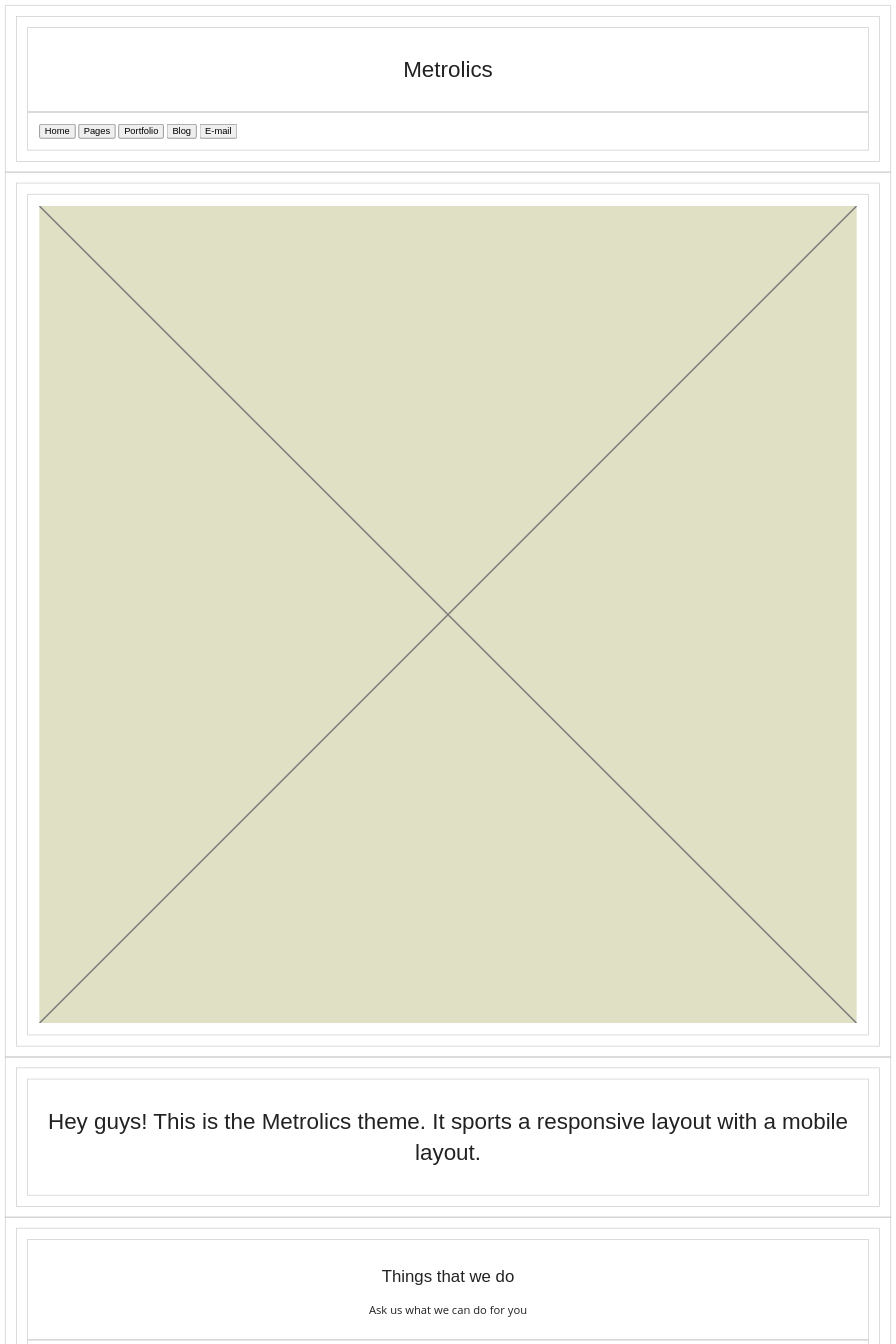
Repository: lpcmendoza/LAB02BF_Group9
Page: index.html
An editor plug-in stored every save of this project. The page is shown before and after the next save, followed by the edit.
The browser window is 1280 px wide. The pictures show the part of the page from y = 0 to 1920 px (the page is 14904 px tall before and 29865 px after), at 70% of full size.

Above is the page before, as saved 2024-02-11 22:15:47.

### index.html
<!doctype html>
<html class="no-js" lang="en">

<head>
  <meta charset="utf-8">
  <meta name="viewport" content="width=device-width, initial-scale=1">
  <title>Metrolics</title>
  <link rel="stylesheet" href="css/style.css">
  <meta name="description" content="Group Blog">

  <meta property="og:title" content="Metrolics">
  <meta property="og:type" content="website">
  <meta property="og:url" content="">
  <meta property="og:image" content="">

  <link rel="icon" href="/favicon.ico" sizes="any">
  <link rel="icon" href="/icon.svg" type="image/svg+xml">
  <link rel="apple-touch-icon" href="icon.png">

  <link rel="manifest" href="site.webmanifest">
  <meta name="theme-color" content="#fafafa">
</head>

<body>

  <header class="page-header page-header-home">
    <div class="inner-container">
      <div class="content-container">
        <h1>Metrolics</h1>
      </div>
      <div class="content-container">
        <button class="navigation-button">Home</button>
        <button class="navigation-button">Pages</button>
        <button class="navigation-button">Portfolio</button>
        <button class="navigation-button">Blog</button>
        <button class="navigation-button">E-mail</button>
      </div>
    </div>
  </header>

  <div class="section section-image">
    <div class="inner-container">
      <div class="content-container">
        <img src="img/placeholder.svg" alt="placeholder image">
      </div>
    </div>
  </div>

  <div class="section section-title">
    <div class="inner-container">
      <div class="content-container">
        <h1>Hey guys! This is the Metrolics theme. It sports a responsive layout with a mobile layout.</h1>
      </div>
    </div>
  </div>

  <div class="section section-ourthings">
    <div class="inner-container">
      <div class="what-we-do-container-header">
        <h2>Things that we do</h2>
        <p>Ask us what we can do for you</p>
      </div>
      <div class="what-we-do-content">
        <div class="what-we-do-container-body">
          <img class="icons" src="img/icon-web-solutions.png" alt="Web Solutions Icon">
          <h3>Web Solutions</h3>
          <p>We are a fairly small, flexible design studio that designs for print and web. We work flexibly with clients to fulfil their design needs. Whether you need to create a brand from scratch, including marketing materials.</p>
        </div>
        <div class="what-we-do-container-body">
          <img class="icons" src="img/icon-photography.png" alt="Photography Icon">
          <h3>Photography</h3>
          <p>We are a fairly small, flexible design studio that designs for print and web. We work flexibly with clients to fulfil their design needs. Whether you need to create a brand from scratch, including marketing materials.</p>
        </div>
        <div class="what-we-do-container-body">
          <img class="icons" src="img/icon-web-development.png" alt="Web Development Icon">
          <h3>Web Development</h3>
          <p>We are a fairly small, flexible design studio that designs for print and web. We work flexibly with clients to fulfil their design needs. Whether you need to create a brand from scratch, including marketing materials.</p>
        </div>
        <div class="what-we-do-container-body">
          <img class="icons" src="img/icon-web-design.png" alt="Web Design Icon">
          <h3>Web Design</h3>
          <p>We are a fairly small, flexible design studio that designs for print and web. We work flexibly with clients to fulfil their design needs. Whether you need to create a brand from scratch, including marketing materials.</p>
        </div>
      </div>
    </div>
  </div>

  <div class="section section-news">
    <div class="inner-container">
      <div class="content-container">
        <h2>What's up lately?</h2>
      </div>
      <div class="content-container">
        <img src="img/placeholder.svg" alt="placeholder image">
      </div>
      <div class="content-container">
        <img src="img/placeholder.svg" alt="placeholder image">
      </div>
      <div class="content-container">
        <img src="img/placeholder.svg" alt="placeholder image">
      </div>
    </div>
  </div>

  <div class="section section-projects">
    <div class="inner-container">
      <div class="content-container">
        <h2>Our latest projects</h2>
      </div>
      <div class="content-container">
        <img src="img/placeholder.svg" alt="placeholder image">
      </div>
      <div class="content-container">
        <img src="img/placeholder.svg" alt="placeholder image">
      </div>
      <div class="content-container">
        <img src="img/placeholder.svg" alt="placeholder image">
      </div>
      <div class="content-container">
        <img src="img/placeholder.svg" alt="placeholder image">
      </div>
      <div class="content-container">
        <img src="img/placeholder.svg" alt="placeholder image">
      </div>
      <div class="content-container">
        <img src="img/placeholder.svg" alt="placeholder image">
      </div>
    </div>
  </div>

  <div class="section section-things">
    <div class="inner-container">
      <div class="content-container">
        <h2>Things of above</h2>
      </div>
      <div class="content-container">
        <p>content</p>
      </div>
      <div class="content-container">
        <p>content</p>
      </div>
    </div>
  </div>

  <div class="section section-clients">
    <div class="inner-container">
      <div class="content-container">
        <p>client</p>
      </div>
      <div class="content-container">
        <p>client</p>
      </div>
      <div class="content-container">
        <p>client</p>
      </div>
      <div class="content-container">
        <p>client</p>
      </div>
      <div class="content-container">
        <p>client</p>
      </div>
    </div>
  </div>

  <footer>
    <div class="page-footer page-footer-home">
      <div class="inner-container">
        <div class="content-container">
          <h2>footer</h2>
        </div>
        <div class="content-container">
          <p>content</p>
        </div>
        <div class="content-container">
          <p>content</p>
        </div>
        <div class="content-container">
          <p>content</p>
        </div>
        <div class="content-container">
          <p>content</p>
        </div>
      </div>
    </div>
  </footer>

  <script src="js/app.js"></script>

</body>

</html>

### css/style.css
/* ==========================================================================
    [Table of contents]

    1. BASE
        1.1 Page Rendering Defaults
        1.2 Core Styling
        1.3 Typography
    2. LAYOUT
        2.1 Core Layout
        2.2 Small only
        2.3 medium and up
        2.4 Medium only
        2.5 large screens and up
        2.6 Large only
    3. MODULES
    4. STATES
    5. THEME
    6. UTILITY classes
    7. PRINT

    refer to http://smacss.com/
    ========================================================================== */


/* ==========================================================================
   BASE
   ========================================================================== */


/* 1.1 Page Rendering Defaults */

html {
  color: #222;
  font-size: 1em;
  line-height: 1.4;
}

/*
* Remove text-shadow in selection highlight:
* https://twitter.com/miketaylr/status/12228805301
*
* Customize the background color to match your design.
*/

::-moz-selection {
background: #b3d4fc;
text-shadow: none;
}

::selection {
background: #b3d4fc;
text-shadow: none;
}

/*
* A better looking default horizontal rule
*/

hr {
display: block;
height: 1px;
border: 0;
border-top: 1px solid #ccc;
margin: 1em 0;
padding: 0;
}

/*
* Remove the gap between audio, canvas, iframes,
* images, videos and the bottom of their containers:
* https://github.com/h5bp/html5-boilerplate/issues/440
*/

audio,
canvas,
iframe,
img,
svg,
video {
vertical-align: middle;
}

/*
* Remove default fieldset styles.
*/

fieldset {
border: 0;
margin: 0;
padding: 0;
}

/*
* Allow only vertical resizing of textareas.
*/

textarea {
resize: vertical;
}

/* 1.2 Core Styling */

/* refer to https://css-tricks.com/box-sizing/ */
*,
*:before,
*:after {
  box-sizing: border-box;
}

img {
  width: 100%;
}


/* 1.3 Typgraphy */

h1,
h2,
h3,
h4,
h5,
h6 {
  font-family: Ubuntu, sans-serif;
  font-weight: 300;
  text-align: center;
}

p {
  font-family: 'Open Sans', Arial, Helvetica, sans-serif;
}


/* ==========================================================================
 2. LAYOUT
 ========================================================================== */


/* Helper to display empty layout containers*/

div,
main,
section,
footer,
header {
  outline: 1px solid #ccc;
  min-height: 1rem;
  padding: 1rem;
}


/* 2.1 Core layout */

.row {
  display: grid;
  row-gap: 1rem;
}

.col {
  position: relative;
  background-color: rgb(242, 230, 177);
}


/* ==========================================================================
 EXAMPLE Media Queries for Responsive Design.
 These examples override the primary ('mobile first') styles.
 Modify as content requires.
 Taken from https://get.foundation/sites/docs-v5/media-queries.html
 (the latest version is adjusted and no longer matches the ones used below)
 ========================================================================== */


/* 2.2 Small only */

@media screen and (max-width: 39.9375em) {
  .s-hide {
      display: none;
  }

  .what-we-do-container-header {
    align-content: center;
    text-align: center;
  }

  .icons {
      max-width: 5em;
      max-height: 5em;
      float: left;
      margin-right: 1em;
  }

  h3 {
      text-align: left;
      margin: 0;
      font-weight: bold;
  }

  .what-we-do-container-body {
      text-align: left;
  }

  .what-we-do-container-body p {
    margin-left: 6em;
}
}


/* 2.3 medium and up */

@media screen and (min-width: 40em) {
  .row {
      max-width: 70rem;
      column-gap: 1.5rem;
      row-gap: 1.5rem;
      margin: 0 auto;
  }
  .grid {
      display: grid;
      column-gap: 0.5rem;
      row-gap: 0.5rem;
  }
  .m-col-2 {
      grid-template-columns: 1fr 1fr;
  }
  .m-col-3 {
      grid-template-columns: repeat(3, 1fr);
  }
  .m-col-4 {
      grid-template-columns: repeat(4, 1fr);
  }
  .m-col-5 {
      grid-template-columns: repeat(5, 1fr);
  }
  .m-1-2 {
      grid-template-columns: 1fr 2fr;
  }

  .what-we-do-content {
    display: grid;
    grid-template-columns: 1fr 1fr;
    grid-gap: 1rem;
  }

  .icons {
    max-width: 10em;
    max-height: 10em;
    display: block;
    margin-left: auto;
    margin-right: auto;
    width: 50%;
}

  .what-we-do-container-header {
    align-content: center;
    text-align: center;
  }


  .what-we-do-container-body p {
    text-align: center;
  }

  .what-we-do-container-body h3 {
    text-align: center;
    font-weight: bold;
  }

}


/* 2.4 Medium only */

@media screen and (min-width: 40em) and (max-width: 63.9375em) {
  .m-row-span {
      grid-column-start: 1;
      grid-column-end: -1;
  }
  .m-hide {
      display: none;
  }
}


/* 2.5 large screens and up 2.6 Large only */

@media screen and (min-width: 64em) {
  .l-col-2 {
      grid-template-columns: 1fr 1fr;
  }
  .l-col-3 {
      grid-template-columns: repeat(3, 1fr);
  }
  .l-col-4 {
      grid-template-columns: repeat(4, 1fr);
  }
  .l-col-5 {
      grid-template-columns: repeat(5, 1fr);
  }
  .l-col-6 {
      grid-template-columns: repeat(6, 1fr);
  }
  .l-row-span {
      grid-column-start: 1;
      grid-column-end: -1;
  }
  .l-hide {
      display: none;
  }


  .what-we-do-content {
    display: grid;
    grid-template-columns: 1fr 1fr 1fr 1fr;
    grid-gap: 1rem;
  }

  .icons {
    max-width: 10em;
    max-height: 10em;
    display: block;
    margin-left: auto;
    margin-right: auto;
    width: 50%;
}

  .what-we-do-container-header {
    align-content: center;
    text-align: center;
  }


  .what-we-do-container-body p {
    text-align: center;
  }

  .what-we-do-container-body h3 {
    text-align: center;
    font-weight: bold;
  }

}


/* ==========================================================================
 2. MODULES
 ========================================================================== */


/* ==========================================================================
 2. STATES
 ========================================================================== */


/* ==========================================================================
 2. THEME
 ========================================================================== */


/* ==========================================================================
 6. UTILITY classes
 ========================================================================== */
/*
* Hide visually and from screen readers
*/

.hidden,
[hidden] {
display: none !important;
}

/*
* Hide only visually, but have it available for screen readers:
* https://snook.ca/archives/html_and_css/hiding-content-for-accessibility
*
* 1. For long content, line feeds are not interpreted as spaces and small width
*    causes content to wrap 1 word per line:
*    https://medium.com/@jessebeach/beware-smushed-off-screen-accessible-text-5952a4c2cbfe
*/

.visually-hidden {
border: 0;
clip: rect(0, 0, 0, 0);
height: 1px;
margin: -1px;
overflow: hidden;
padding: 0;
position: absolute;
white-space: nowrap;
width: 1px;
/* 1 */
}

/*
* Extends the .visually-hidden class to allow the element
* to be focusable when navigated to via the keyboard:
* https://www.drupal.org/node/897638
*/

.visually-hidden.focusable:active,
.visually-hidden.focusable:focus {
clip: auto;
height: auto;
margin: 0;
overflow: visible;
position: static;
white-space: inherit;
width: auto;
}

/*
* Hide visually and from screen readers, but maintain layout
*/

.invisible {
visibility: hidden;
}

/*
* Clearfix: contain floats
*
* The use of `table` rather than `block` is only necessary if using
* `::before` to contain the top-margins of child elements.
*/

.clearfix::before,
.clearfix::after {
content: "";
display: table;
}

.clearfix::after {
clear: both;
}

@media print,
(-webkit-min-device-pixel-ratio: 1.25),
(min-resolution: 1.25dppx),
(min-resolution: 120dpi) {
/* Style adjustments for high resolution devices */
}

/* ==========================================================================
 Print styles.
 Inlined to avoid the additional HTTP request:
 https://www.phpied.com/delay-loading-your-print-css/
 ========================================================================== */

@media print {
*,
*::before,
*::after {
  background: #fff !important;
  color: #000 !important;
  /* Black prints faster */
  box-shadow: none !important;
  text-shadow: none !important;
}

a,
a:visited {
  text-decoration: underline;
}

a[href]::after {
  content: " (" attr(href) ")";
}

abbr[title]::after {
  content: " (" attr(title) ")";
}

/*
 * Don't show links that are fragment identifiers,
 * or use the `javascript:` pseudo protocol
 */
a[href^="#"]::after,
a[href^="javascript:"]::after {
  content: "";
}

pre {
  white-space: pre-wrap !important;
}

pre,
blockquote {
  border: 1px solid #999;
  page-break-inside: avoid;
}

tr,
img {
  page-break-inside: avoid;
}

p,
h2,
h3 {
  orphans: 3;
  widows: 3;
}

h2,
h3 {
  page-break-after: avoid;
}
}

Loaded but not shown: js/app.js (no stored copy; drawn as an empty file)

After the next save:
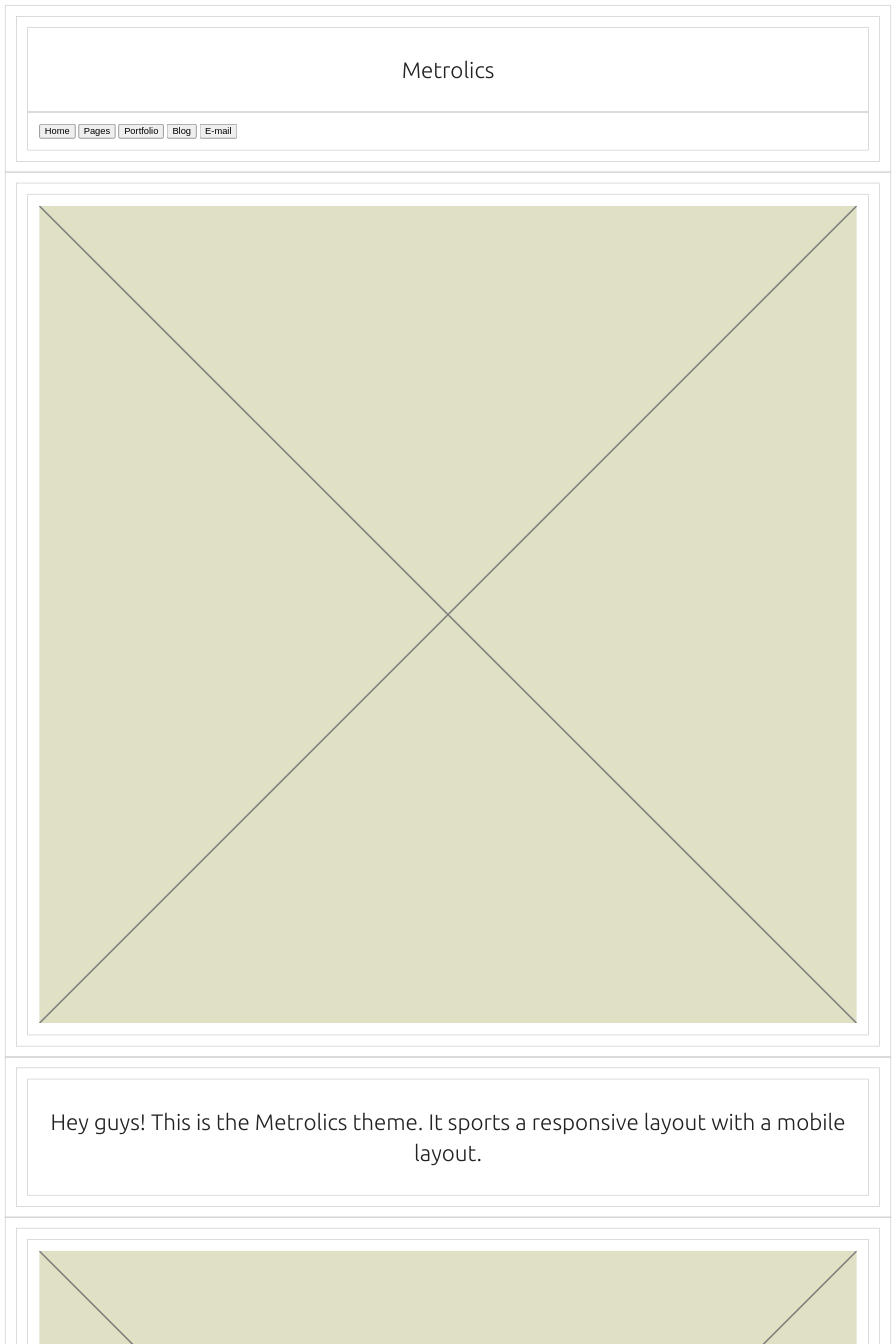
Saved 14 min 58 s later.
--- a/index.html
+++ b/index.html
@@ -16,6 +16,12 @@
   <link rel="icon" href="/favicon.ico" sizes="any">
   <link rel="icon" href="/icon.svg" type="image/svg+xml">
   <link rel="apple-touch-icon" href="icon.png">
+  <link rel="preconnect" href="https://fonts.googleapis.com">
+  <link rel="preconnect" href="https://fonts.gstatic.com" crossorigin>
+  <link href="https://fonts.googleapis.com/css2?family=Ubuntu:ital,wght@0,300;0,400;0,500;1,300&display=swap" rel="stylesheet">
+  <link rel="preconnect" href="https://fonts.googleapis.com">
+  <link rel="preconnect" href="https://fonts.gstatic.com" crossorigin>
+  <link href="https://fonts.googleapis.com/css2?family=Open+Sans:wght@400;700&display=swap" rel="stylesheet">
 
   <link rel="manifest" href="site.webmanifest">
   <meta name="theme-color" content="#fafafa">
@@ -56,31 +62,25 @@
 
   <div class="section section-ourthings">
     <div class="inner-container">
-      <div class="what-we-do-container-header">
+      <div class="content-container">
+        <img src="img/placeholder.svg" alt="placeholder image">
         <h2>Things that we do</h2>
-        <p>Ask us what we can do for you</p>
-      </div>
-      <div class="what-we-do-content">
-        <div class="what-we-do-container-body">
-          <img class="icons" src="img/icon-web-solutions.png" alt="Web Solutions Icon">
-          <h3>Web Solutions</h3>
-          <p>We are a fairly small, flexible design studio that designs for print and web. We work flexibly with clients to fulfil their design needs. Whether you need to create a brand from scratch, including marketing materials.</p>
-        </div>
-        <div class="what-we-do-container-body">
-          <img class="icons" src="img/icon-photography.png" alt="Photography Icon">
-          <h3>Photography</h3>
-          <p>We are a fairly small, flexible design studio that designs for print and web. We work flexibly with clients to fulfil their design needs. Whether you need to create a brand from scratch, including marketing materials.</p>
-        </div>
-        <div class="what-we-do-container-body">
-          <img class="icons" src="img/icon-web-development.png" alt="Web Development Icon">
-          <h3>Web Development</h3>
-          <p>We are a fairly small, flexible design studio that designs for print and web. We work flexibly with clients to fulfil their design needs. Whether you need to create a brand from scratch, including marketing materials.</p>
-        </div>
-        <div class="what-we-do-container-body">
-          <img class="icons" src="img/icon-web-design.png" alt="Web Design Icon">
-          <h3>Web Design</h3>
-          <p>We are a fairly small, flexible design studio that designs for print and web. We work flexibly with clients to fulfil their design needs. Whether you need to create a brand from scratch, including marketing materials.</p>
-        </div>
+      </div>
+      <div class="content-container">
+        <img src="img/placeholder.svg" alt="placeholder image">
+        <h3>Web Solutions</h3>
+      </div>
+      <div class="content-container">
+        <img src="img/placeholder.svg" alt="placeholder image">
+        <h3>Photography</h3>
+      </div>
+      <div class="content-container">
+        <img src="img/placeholder.svg" alt="placeholder image">
+        <h3>Web Development</h3>
+      </div>
+      <div class="content-container">
+        <img src="img/placeholder.svg" alt="placeholder image">
+        <h3>Web Design</h3>
       </div>
     </div>
   </div>
@@ -162,30 +162,42 @@
     </div>
   </div>
 
-  <footer>
-    <div class="page-footer page-footer-home">
-      <div class="inner-container">
-        <div class="content-container">
-          <h2>footer</h2>
-        </div>
-        <div class="content-container">
-          <p>content</p>
-        </div>
-        <div class="content-container">
-          <p>content</p>
-        </div>
-        <div class="content-container">
-          <p>content</p>
-        </div>
-        <div class="content-container">
-          <p>content</p>
-        </div>
-      </div>
-    </div>
-  </footer>
-
   <script src="js/app.js"></script>
 
 </body>
+<footer>
+  <div class="page-footer page-footer-home">
+    <div class="inner-container">
+      <div class="content-container content-container-description">
+        <img src="/img/peewee.png" class="img-peewee">
+        <h2 class="description-header">Peewee Herman</h2>
+        <p class="description-text">Peewee has over 10 years experience in the industry. He is our Creative Director, digital designer, web designer and front-end developer. He is also pretty good with a sketchbook. Before starting the company Peewee worked as a designer and studio manager for a design house who boasted a number of big name clients.</p>
+      </div>
+      <div class="content-container content-container-social-icons">
+        <img src="/img/btn-facebook.png" class="btn-icons">
+        <img src="/img/btn-google+.png" class="btn-icons">
+        <img src="/img/btn-twitter.png" class="btn-icons">
+        <img src="/img/btn-instagram.png" class="btn-icons">
+        <img src="/img/btn-rss.png" class="btn-icons">
+      </div>
+      <div class="content-container content-container-tweets-header">
+        <h3 class="tweet-header">Recent Tweets</h3>
+      </div>
+      <div class="content-container content-container-tweets">
+          <img src="/img/icon-tweet.png" class="tweet-icon">
+          <p class="tweet-text"><a class="tweet-link">@Minions</a> - ipsum potatoooo potatoooo uuuhhh. <br>
+            Chasy poulet tikka masala jiji wiiiii hahaha po kass. </p>
+      </div>
+      <div class="content-container content-container-tweets">
+        <img src="/img/icon-tweet.png" class="tweet-icon">
+          <p class="tweet-text"><a class="tweet-link">@Minions</a> - ipsum potatoooo potatoooo uuuhhh. <br>
+            Chasy poulet tikka masala jiji wiiiii hahaha po kass. </p>
+      </div>
+      <div class="bottom-border">
+
+      </div>
+    </div>
+  </div>
+</footer>
 
 </html>
